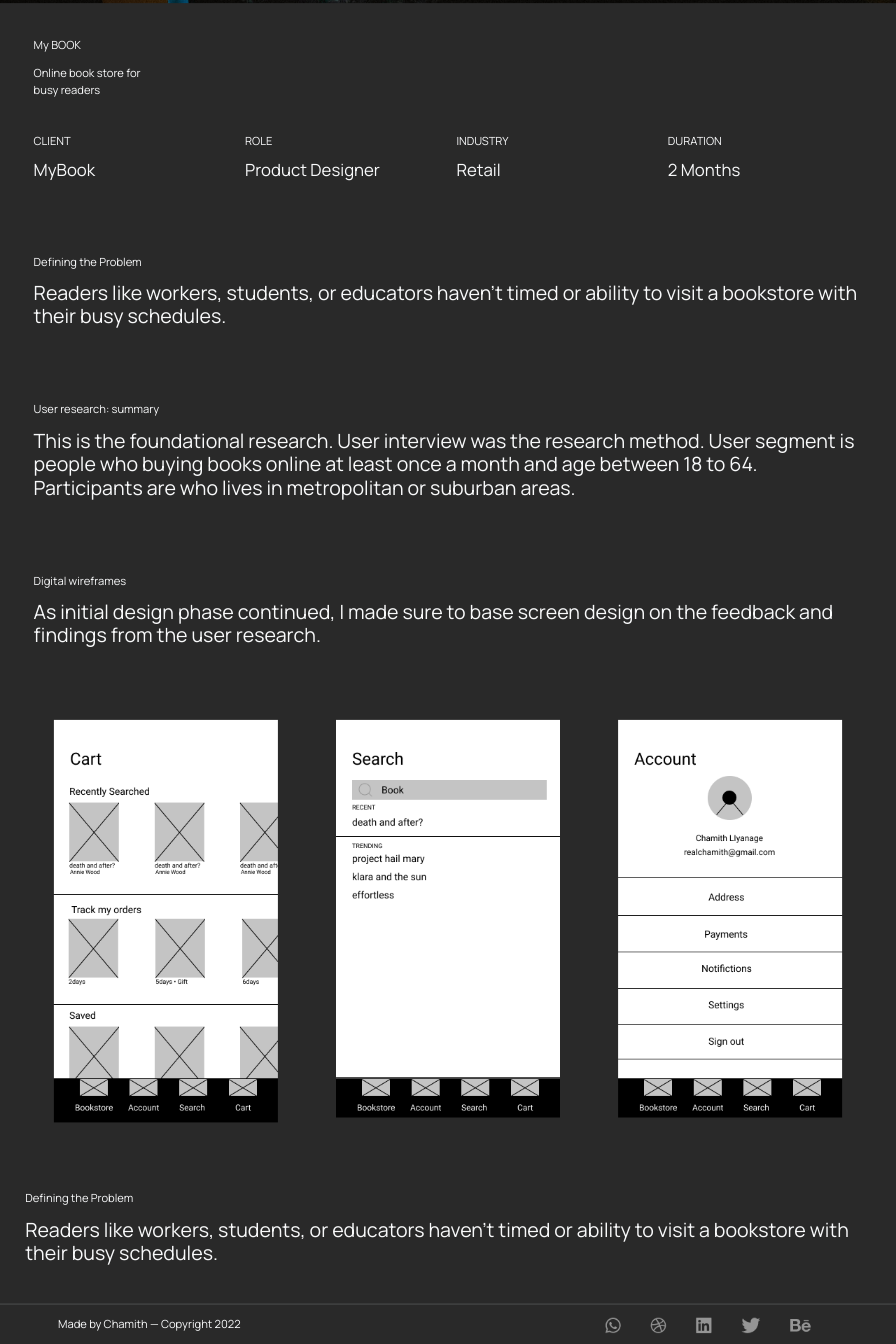
Repository: Realchamithweb/chamith-html
Page: work.html
The author's editor kept a copy of each file at every save. The page is drawn from the files as they stood at one save, then again after a run of saves.
The browser window is 1280 px wide. The pictures show the part of the page from y = 709 to 2629 px (the page is 2629 px tall before and 2578 px after), at 70% of full size.

Above is the page before, as saved 2023-01-24 07:49:26.

After the next 7 saves:
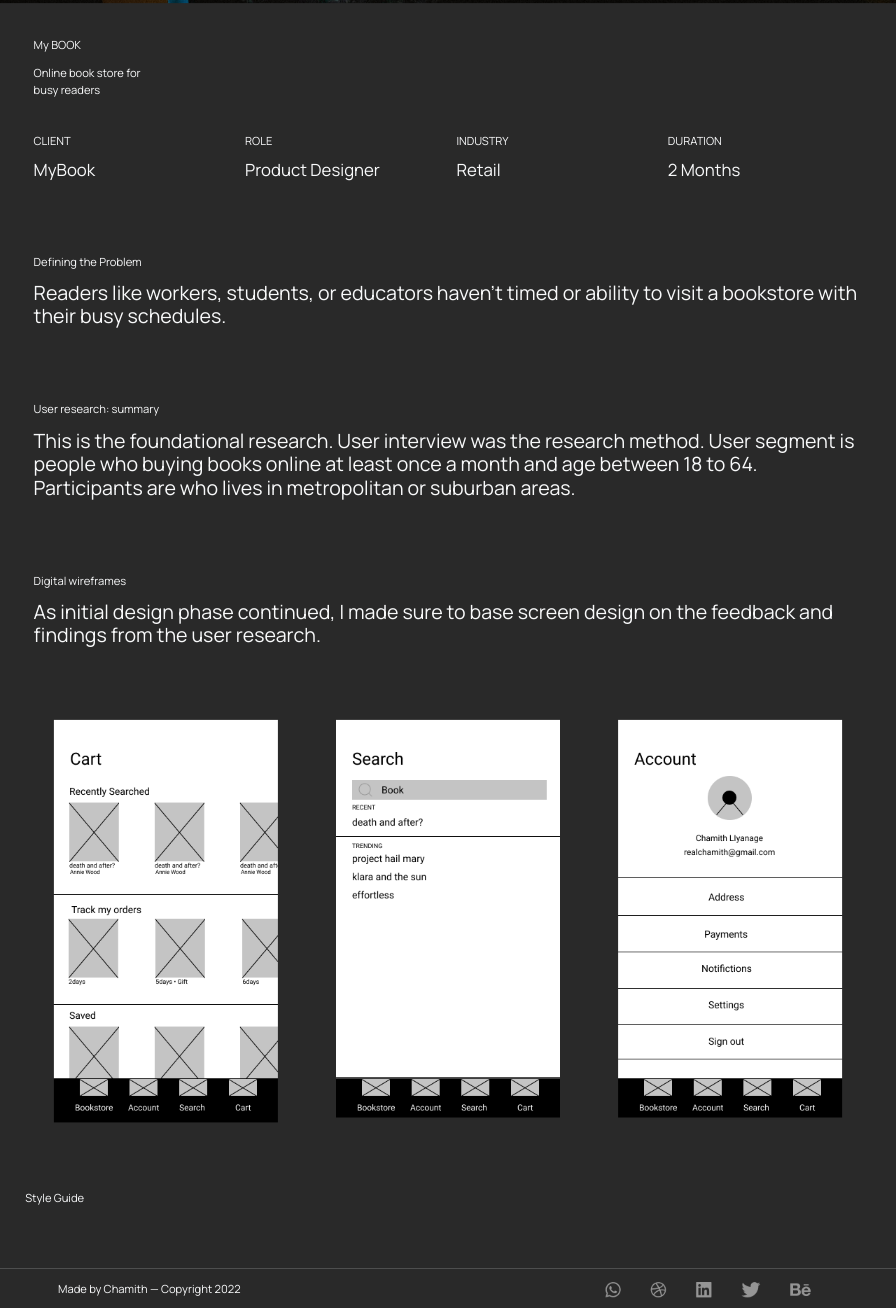
The 7 saves are shown as one change because they came seconds apart.
The last was saved 47 s later.
--- a/work.html
+++ b/work.html
@@ -108,8 +108,8 @@
             <section>
                 <div class="row">
                     <div class="col-lg-12 text-light p-5">
-                        <p>Defining the Problem</p>
-                        <h3>Readers like workers, students, or educators haven't timed or ability to visit a bookstore with their busy schedules.</h3>
+                        <p>Style Guide</p>
+                        <img src="">
                     </div>
                 </div>
             </section>
